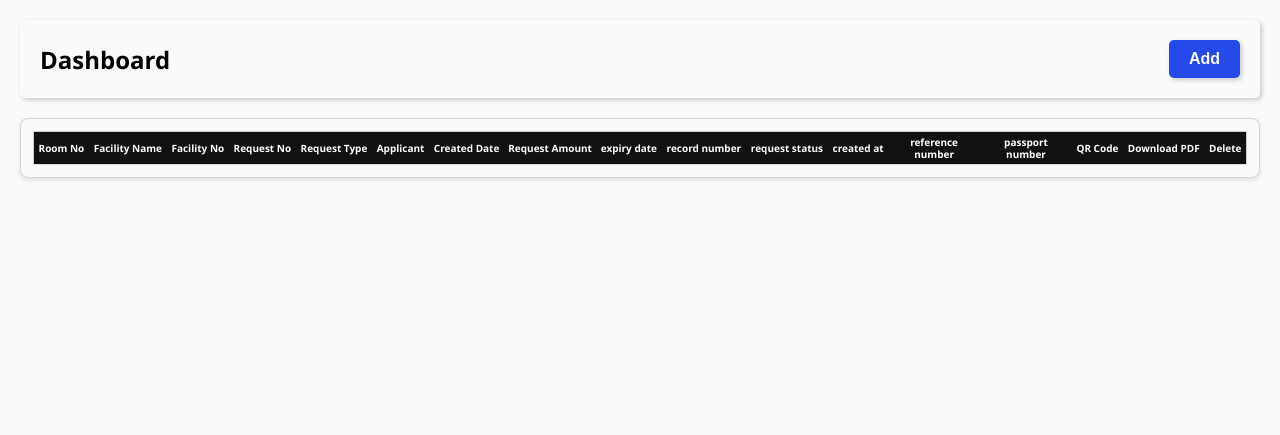
Repository: irfan-shah-sherani/Travel-Tour
Page: public/index.html
The author's editor kept a copy of each file at every save. The page is drawn from the files as they stood at one save, then again after the next save.
The browser window is 1280 px wide. The pictures show the whole page.
The page's requests for data from a server got no answer.

Above is the page before, as saved 2025-07-11 05:08:00.

### public/index.html
<!DOCTYPE html>
<html lang="en">

<head>
  <meta charset="UTF-8" />
  <meta name="viewport" content="width=device-width, initial-scale=1.0" />
  <title>Dashboard</title>
  <link rel="stylesheet" href="index.css" />
  <!-- <link
      rel="stylesheet"
      href="/public/Dashboard.css"
      integrity="sha512-..."
      crossorigin="anonymous"
      referrerpolicy="no-referrer"
    /> -->
</head>

<body>
  <main>
    <!-- main content -->
    <div class="main-content">
      <!-- TOP-nav -->
      <nav class="main-nav">
        <div class="page-name">
          <i class="fas fa-bars"></i>
          <p>Dashboard</p>
        </div>
        <div class="button">
          <button id="addPersonBtn">Add</button>
        </div>
      </nav>

      <!-- main content  end -->
      <div class="table-container">
        <table>
          <tr>
            <th>Room No</th>
          <th>Facility Name</th>
          <th>Facility No</th>
          <th>Request No</th>
          <th>Request Type</th>
          <th>Applicant</th>
          <th>Created Date</th>
          <th>Request Amount</th>
          <th>expiry date</th>
          <th>record number</th>
          <th>request status</th>
          <th>created at</th>
          <th>reference number</th>
          <th>passport number</th>
          <th>QR Code</th>
          <th>Download PDF</th>
          <th>Delete</th>
          </tr>
          <tbody id="person-table-body">
            <!-- JS will populate this -->
          </tbody>
        </table>

        <!-- ✅ Place script here -->
        <script>
  fetch("/api/")
    .then((res) => res.json())
    .then((data) => {
      const tbody = document.getElementById("person-table-body");
      tbody.innerHTML = "";
      data.forEach((record) => {
        const tr = document.createElement("tr");
        tr.innerHTML = `
          <td>${record.record_id}</td>
          <td>${record.room_name}</td>
          <td>${record.facility_name}</td>
          <td>${record.facility_number}</td>
          <td>${record.request_number}</td>
          <td>${record.request_type}</td>
          <td>${record.applicant_name}</td>
          <td>${record.creation_date}</td>
          <td>${record.request_amount}</td>
          <td>${record.expiry_date}</td>
          <td>${record.record_number}</td>
          <td>${record.request_status}</td>
          <td>${record.reference_number}</td>
          <td>${record.passport_number}</td>
          <td>${record.qrcode_url ? `<img src="${record.qrcode_url}" class="qr-img" alt="QR Code">` : "No QR"}</td>
          <td>
            <a href="/api/download-pdf?token=${record.qr_token}">
              <button class="download-btn btn" type="button">Download PDF</button>
            </a>
          </td>
          <td>
            <form action="/delete/${record.qr_token}" method="POST" onsubmit="return confirm('Are you sure you want to delete this record?');">
              <button class="delete-btn btn" type="submit">Delete</button>
            </form>
          </td>
        `;

                tbody.appendChild(tr);
              });
            });
        </script>
        </table>
      </div>

      <!-- Trigger Button OUTSIDE -->
      <!-- Add Room Form (initially hidden in CSS or JS) -->
      <div class="add-new add-new-person">
        <h2 class="form-title">Add New Person</h2>
        <form class="person-form" action="/" method="POST">
          <div class="inputForm">
            <!-- Left Side -->
            <div class="left-side">
              <div class="form-group">
                <label for="room_number">Room No </label>
                <input type="text" id="room_number" name="room_number" required />
              </div>

              <div class="form-group">
                <label for="facility_name">Facility Name </label>
                <input type="text" id="facility_name" name="facility_name" required />
              </div>

              <div class="form-group">
                <label for="facility_number">Facility number </label>
                <input type="text" id="facility_number" name="facility_number" required />
              </div>

              <div class="form-group">
                <label for="request_number">Request number </label>
                <input type="number" id="request_number" name="request_number" step="0.01" required />
              </div>

              <div class="form-group">
                <label for="request_type">Request Type</label>
                <input type="text" id="request_type" name="request_type" required />
              </div>
            </div>

            <!-- Center Side -->
            <div class="center-side">
              <div class="form-group">
                <label for="applicant">Applicant</label>
                <input type="text" id="applicant" name="applicant" />
              </div>

              <div class="form-group">
                <label for="created">Created</label>
                <input type="text" id="created" name="created" />
              </div>

              <div class="form-group">
                <label for="amount">Amount</label>
                <input type="text" id="amount" name="amount" />
              </div>

              <div class="form-group">
                <label for="expiry">Expiry</label>
                <input type="text" id="expiry" name="expiry" />
              </div>

              <div class="form-group">
                <label for="record_number">Record number</label>
                <input type="text" id="record_number" name="record_number" />
              </div>
            </div>

            <!-- Right Side -->
            <div class="right-side">
              <div class="form-group">
                <label for="status">Status</label>
                <input type="text" id="status" name="status" />
              </div>

              <div class="form-group">
                <label for="reference_number">Reference number</label>
                <input type="text" id="reference_number" name="reference_number" />
              </div>

              <div class="form-group">
                <label for="passport_number">Passport number</label>
                <input type="text" id="passport_number" name="passport_number" />
              </div>

            </div>
          </div>

          <div class="button-group">
            <button type="button" class="cancelbtn">Cancel</button>
            <button type="submit" class="submit-person-btn">Add Person</button>
          </div>
        </form>
      </div>

    </div>
  </main>
  <script src="index.js"></script>
</body>

</html>

### public/index.css
* {
  margin: 0;
  padding: 0;
  box-sizing: border-box;
}
:root {
  --primary-gradient: linear-gradient(135deg, #667eea 0%, #764ba2 100%);
  --card-shadow: 0 4px 6px rgba(0, 0, 0, 0.1);
  --card-hover-shadow: 0 8px 15px rgba(0, 0, 0, 0.2);
}
body {
  font-family: "Segoe UI", Tahoma, Geneva, Verdana, sans-serif;
  background-color: #f8fafc;
}
main {
  display: flex;
  /* display: flex; */
}
/* .sidebar {
  position: fixed;
  display: flex;
  align-items: center;
  flex-direction: column;
  width: 250px;
  height: 100vh;
  padding: 20px;
  background: var(--primary-gradient);
  border-radius: 10px 0px 0px 10px;
  color: #f8fafc;
}
.cross-icon {
  display: none;
  justify-content: right;
  color: #f8fafc;
  font-size: 2rem;
  cursor: pointer;
}
.logo {
  display: flex;
  align-items: center;
  gap: 10px;
  margin-bottom: 10px;
  border-bottom: 1px solid rgba(255, 255, 255, 1);
  padding-bottom: 20px;
}
.logo p {
  font-size: 24px;
  font-weight: 600;
}
.sidebar img {
  display: block;
  width: 50px;
  height: 50px;
  object-fit: cover;
  object-position: center;
  border-radius: 5px;
}
.logo hr {
  width: 100px;
  height: 2px;
  color: rgba(255, 255, 255, 0.1);
}
.links ul li {
  list-style: none;
  margin: 5px;
}
.links ul li a {
  display: flex;
  padding-left: 20px;
  align-items: center;
  width: 200px;
  height: 50px;
  text-decoration: none;
  gap: 10px;
  border-radius: 10px;
  transition: all 0.3s ease;
  color: rgba(255, 255, 255, 0.85);
}
.links ul li a:hover {
  background-color: rgba(255, 255, 255, 0.1);
  transform: translateX(5px);
}
.links ul li a.active {
  background-color: rgba(255, 255, 255, 0.1);
  transform: translateX(5px);
} */
/* main content */
.main-content {
  display: flex;
  /* margin-left: 250px; */
  flex-direction: column;
  background-color: #f8fafc;
  width: 100%;
  padding: 20px;
  gap: 20px;
}
.main-content nav {
  display: flex;
  justify-content: space-between;
  align-items: center;
  border-radius: 5px;
  width: 100%;
  background-color: #f8fafc;
  padding: 20px;
  box-shadow: 2px 2px 5px rgba(0, 0, 0, 0.2);
}
.page-name {
  display: flex;
  align-items: center;
  gap: 10px;
}
.page-name p {
  font-size: 24px;
  font-weight: 600;
}
.page-name i {
  display: none;
  cursor: pointer;
  font-size: 24px;
  font-weight: 600;
}
.button {
  display: flex;
  align-items: center;
  gap: 10px;
}
.button button {
  padding: 10px 20px;
  border-radius: 5px;
  border: none;
  background-color: #264ae9;
  color: #f8fafc;
  font-size: 16px;
  font-weight: 600;
  box-shadow: 2px 2px 5px rgba(0, 0, 0, 0.2);
  cursor: pointer;
  transition: all 0.05s ease-in-out;
}
.button button:hover {
  transform: translateY(2px);
}

/* table */
/* General Table Styling */
.table-container {
  width: 100%;
  overflow-x: auto;
  background-color: #f8fafc;
  border-radius: 8px;
  border: 1px solid rgba(0, 0, 0, 0.15);
  box-shadow: 0 2px 5px rgba(0, 0, 0, 0.1);
  padding: 12px;
  box-sizing: border-box;
}

/* Table Reset */
table {
  width: 100%;
  border-collapse: collapse;
  font-size: 10px;
  table-layout: auto;
}

/* Table Header */
.table-container table th {
  background-color: #111;
  color: #fff;
  font-weight: 600;
  font-size: 10px;
  padding: 4px;
  text-align: center;
  vertical-align: middle;
  white-space: normal;
  line-height: 1.2;
  word-break: break-word;
}

/* Force words like "Request Number" to wrap into 2 lines */
.table-container table th {
  max-width: 90px;

}

.table-container table {
  width: 100%;
  border-collapse: collapse;
  font-size: 10px;
  table-layout: auto;
  border: 1px solid #ccc; /* Optional: outer border */
}

/* Table Header */
.table-container table th {
  background-color: #111;
  color: #fff;
  font-weight: 600;
  font-size: 10px;
  padding: 4px;
  text-align: center;
  vertical-align: middle;
  white-space: normal;
  line-height: 1.2;
  word-break: break-word;
  border-bottom: 1px solid #ddd; /* Line below header */
}

/* Limit column width for long headers */
.table-container table th {
  max-width: 90px;
}

/* Table Body */
.table-container table td {
  white-space: nowrap;
  text-align: center;
  vertical-align: middle;
  padding: 8px 6px;
  border-bottom: 1px solid #eee; /* 🔹 Line between rows */
}

/* Row Hover Effect */
.table-container table tr:hover {
  background-color: #e2e8f0;
  transition: background-color 0.2s;
}

/* Button Styling */
.btn {
  padding: 4px 8px;
  font-size: 10px;
  border-radius: 4px;
  border: none;
  cursor: pointer;
  transition: 0.2s;
}

/* Delete Button */
.delete-btn {
  border: 1px solid #ef4444;
  color: #ef4444;
  background: transparent;
}
.delete-btn:hover {
  background-color: #fee2e2;
}

/* Download Button (optional styling) */
.download-btn {
  background-color: #2563eb;
  color: white;
  border: none;
}
.btn {
  transform: translateY(2px);
}

.add-new {
  display: none;
  width: 80%;
  max-height: 90vh; /* limit height */
  overflow-y: auto;  /* enable scroll if content too tall */
  position: absolute;
  top: 50%;
  left: 50%;
  transform: translate(-50%, -50%);
  background-color: white;
  padding: 20px;
  border-radius: 8px;
  box-shadow: 0 0 10px rgba(0, 0, 0, 0.5);
  font-family: Arial, sans-serif;
  z-index: 10;
}

.form-title {
  font-size: 24px;
  font-weight: 600;
  margin-bottom: 10px;
}

/* Reduce spacing */
.person-form {
  display: flex;
  flex-direction: column;
  gap: 10px;
}

.inputForm {
  display: flex;
  justify-content: space-between;
  gap: 20px;
}

/* Equal columns */
.left-side,
.center-side,
.right-side {
  flex: 1;
}
label {
  font-size: 14px;
  font-weight: 500;
  margin-bottom: 5px;
}
/* Compact input spacing */
.form-group {
  display: flex;
  flex-direction: column;
  margin-bottom: 10px;
}

input,
textarea,
select {
  padding: 5px;
  font-size: 16px;
}

/* Buttons */
.button-group {
  display: flex;
  justify-content: flex-end;
  gap: 10px;
  margin-top: 0px;
}

button {
  padding: 8px;
  font-size: 13px;
  border: none;
  border-radius: 5px;
  cursor: pointer;
}

.cancel-person-btn {
  background-color: #6c757d;
  color: white;
}

.submit-person-btn {
  background-color: #007bff;
  color: white;
}

/* Responsive */
@media (max-width: 768px) {
  .inputForm {
    flex-direction: column;
  }

  .left-side,
  .center-side,
  .right-side {
    width: 100%;
  }
}
.qr-img {
  width: 30px;
  height: 30px;
  object-fit: contain;
  display: block;
}

### public/index.js
const addPersonBtn = document.getElementById("addPersonBtn");
const addNewPerson = document.querySelector(".add-new");
const cancelPersonBtn = document.querySelector(".cancelbtn");
const submitPersonBtn = document.querySelector(".submit-person-btn");

addPersonBtn?.addEventListener("click", () => {
  addNewPerson.style.display = "block";
});

cancelPersonBtn?.addEventListener("click", () => {
  addNewPerson.style.display = "none";
});

submitPersonBtn?.addEventListener("click", () => {
  addNewPerson.style.display = "none";
});

After the next save:
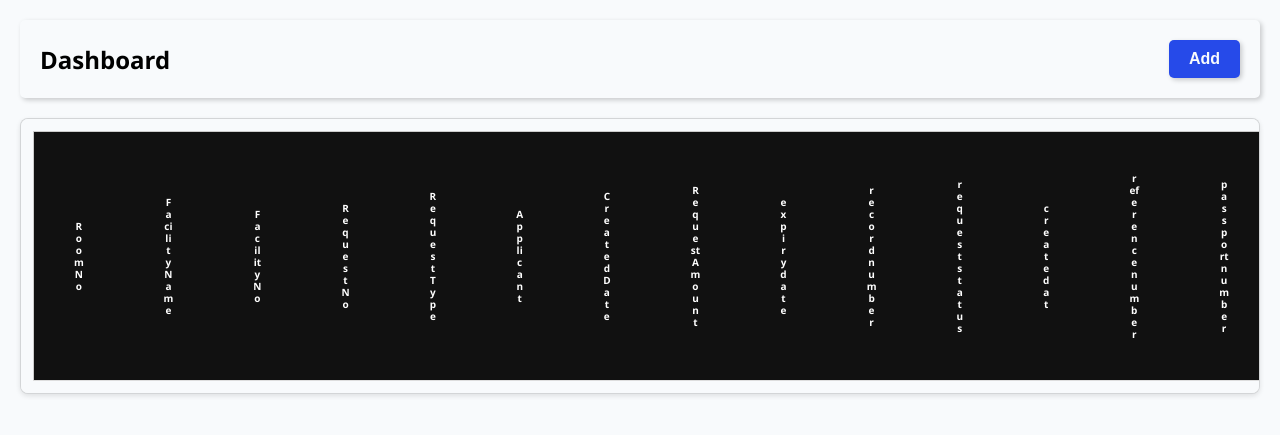
Saved 5 s later.
--- a/public/index.css
+++ b/public/index.css
@@ -195,7 +195,7 @@ table {
   color: #fff;
   font-weight: 600;
   font-size: 10px;
-  padding: 4px;
+  padding: 40px;
   text-align: center;
   vertical-align: middle;
   white-space: normal;
